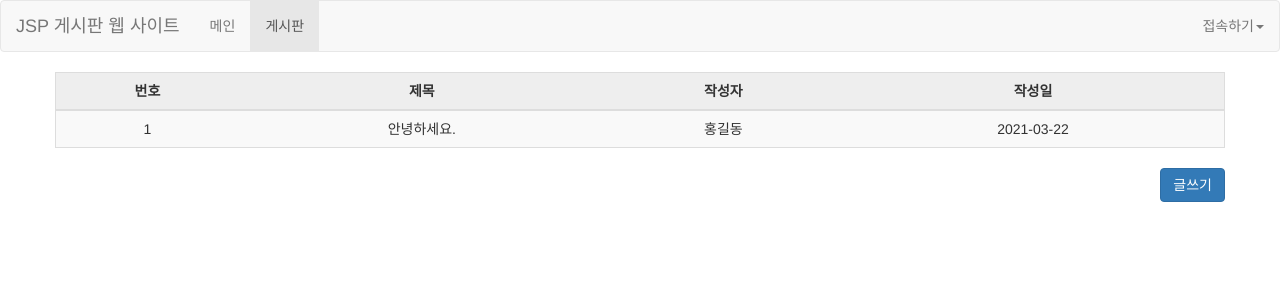
Repository: hseob04/jsp_bbs
Page: http://localhost/BBS/write.jsp
The author's editor kept a copy of each file at every save. The page is drawn from the files as they stood at one save, then again after the next save.
The browser window is 1280 px wide. The pictures show the whole page.
Some web libraries are served in a nearby version. The page is served by Tomcat 9.

Above is the page before, as saved 2021-03-22 14:48:02.

After the next save:
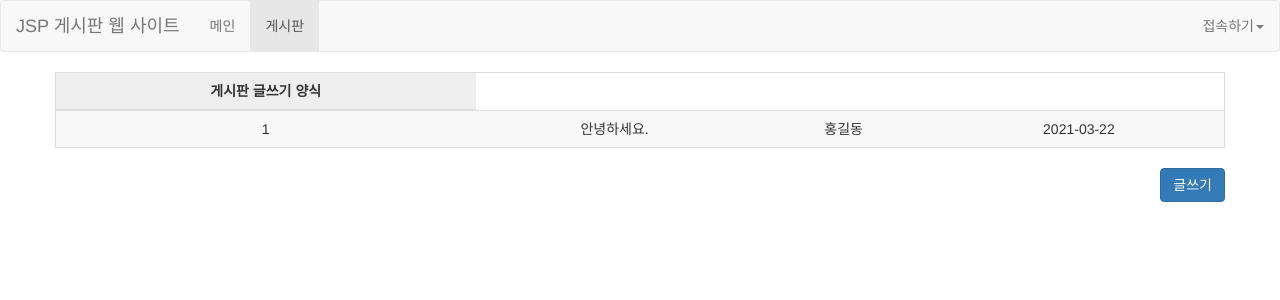
Saved 65 s later.
--- a/JSP/projects/BBS/src/main/webapp/write.jsp
+++ b/JSP/projects/BBS/src/main/webapp/write.jsp
@@ -78,10 +78,7 @@
 			<table class="table table-striped" style="text-align: center; border: 1px solid #dddddd">
 				<thead>
 					<tr>
-						<th style="background-color: #eeeeee; text-align: center;">번호</th>
-						<th style="background-color: #eeeeee; text-align: center;">제목</th>
-						<th style="background-color: #eeeeee; text-align: center;">작성자</th>
-						<th style="background-color: #eeeeee; text-align: center;">작성일</th>
+						<th style="background-color: #eeeeee; text-align: center;">게시판 글쓰기 양식</th>
 					</tr>
 				</thead>
 				<tbody>
